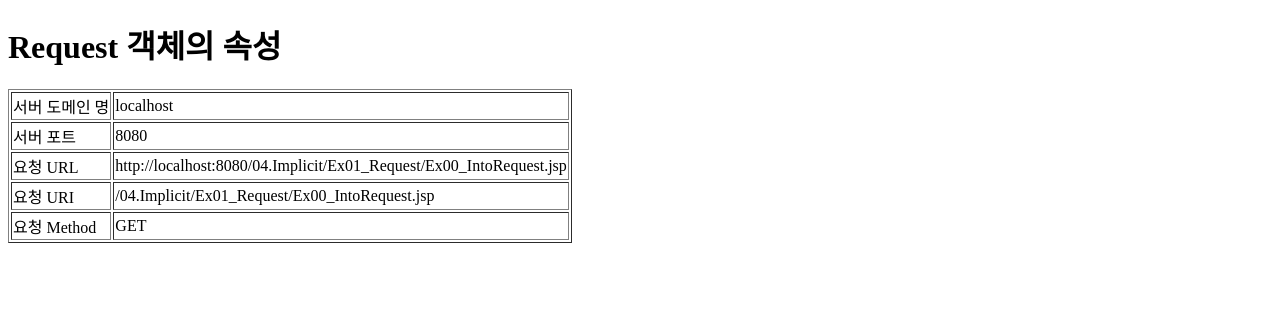
Repository: joeunpyeong/javaA
Page: http://localhost/04.Implicit/Ex01_Request/Ex00_IntoRequest.jsp
An editor plug-in stored every save of this project. The page is shown before and after the next save, followed by the edit.
The browser window is 1280 px wide. The pictures show the whole page.
The page is served by Tomcat 9.

Above is the page before, as saved 2023-05-22 01:42:01.

After the next save:
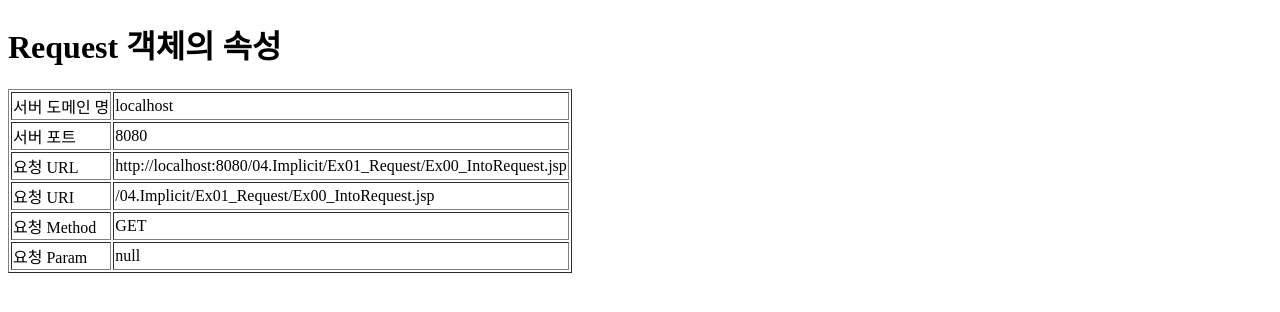
Saved 2 s later.
--- a/04.Implicit/src/main/webapp/Ex01_Request/Ex00_IntoRequest.jsp
+++ b/04.Implicit/src/main/webapp/Ex01_Request/Ex00_IntoRequest.jsp
@@ -29,6 +29,10 @@
 			<td>요청 Method</td>
 			<td><%=request.getMethod()%></td>
 		</tr>
+		<tr>
+			<td>요청 Param</td>
+			<td><%=request.getParameter("param1")%></td>
+		</tr>
 	</table>
 
 
